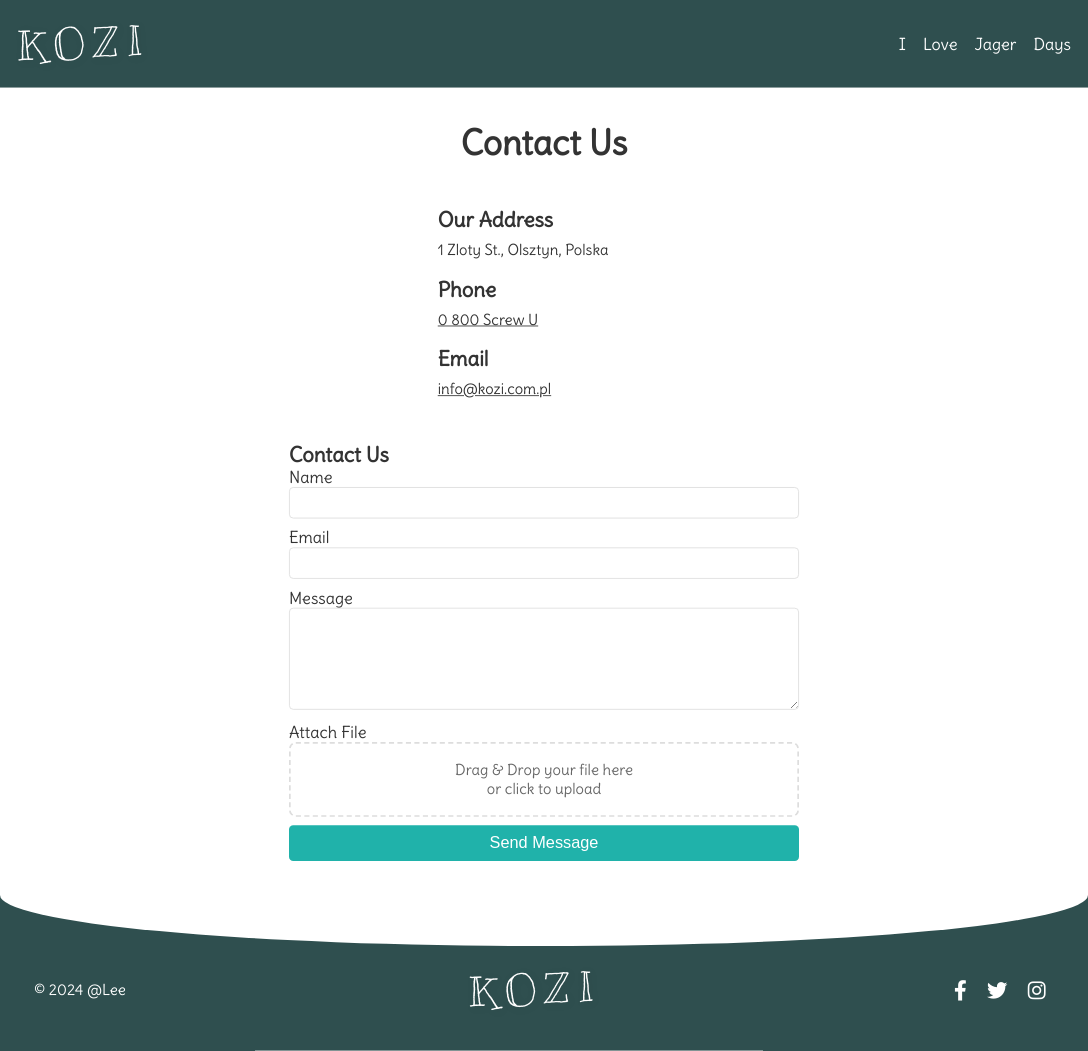
Repository: leerichie/kozi
Page: index.html
An editor plug-in stored every save of this project. The page is shown before and after the next save, followed by the edit.
The browser window is 1280 px wide. The pictures show the whole page, at 85% of full size.

Above is the page before, as saved 2024-10-24 20:13:30.

### index.html
<!DOCTYPE html>
<html lang="en">

<head>
    <meta charset="UTF-8">
    <meta name="viewport" content="width=device-width, initial-scale=1.0">
    <meta http-equiv="X-UA-Compatible" content="IE=edge">
    <link rel="stylesheet" href="css/styles.css">
    <link rel="stylesheet" href="https://cdnjs.cloudflare.com/ajax/libs/font-awesome/6.0.0-beta3/css/all.min.css">

    <title>Contact Form</title>
</head>

<body>
    <!-- Navbar -->
    <header class="navbar">
        <div class="logo">
            <!-- <a href="#"><img src="img/logo.png" alt="Logo"></a> -->
            <h1 class="logo-text">Kozi</h1>

        </div>
        <nav>
            <ul class="nav-links">
                <li><a href="#">I</a></li>
                <li><a href="#">Love</a></li>
                <li><a href="#">Jager</a></li>
                <li><a href="#">Days</a></li>
            </ul>
            <div class="hamburger">
                <span class="bar"></span>
                <span class="bar"></span>
                <span class="bar"></span>
            </div>
        </nav>
    </header>

    <!-- Sidebar (hidden by default) -->
    <div class="sidebar">
        <ul class="sidebar-links">
            <li><a href="#">I</a></li>
            <li><a href="#">Love</a></li>
            <li><a href="#">Guiness</a></li>
            <li><a href="#">Days</a></li>
            <li><a href="#">Toooo</a></li>

        </ul>
    </div>

    <!-- Contact Section -->
    <div class="container">
        <div class="contact-header">
            <h1>Contact Us</h1>
        </div>
        <div class="contact-info">
            <div class="address">
                <h2>Our Address</h2>
                <p>1 Zloty St., Olsztyn, Polska</p>
            </div>
            <div class="phone">
                <h2>Phone</h2>
                <p><a href="tel:+123456789">0 800 Screw U</a></p>
            </div>
            <div class="email">
                <h2>Email</h2>
                <p><a href="mailto:info@example.com">info@kozi.com.pl</a></p>
            </div>
        </div>

        <div class="form-container">
            <h2>Contact Us</h2>
            <form action="#" method="POST" class="contact-form" enctype="multipart/form-data">
                <div class="form-group">
                    <label for="name">Name</label>
                    <input type="text" id="name" name="name" required>
                </div>
                <div class="form-group">
                    <label for="email">Email</label>
                    <input type="email" id="email" name="email" required>
                </div>
                <div class="form-group">
                    <label for="message">Message</label>
                    <textarea id="message" name="message" required></textarea>
                </div>

                <!-- Drag and Drop-->
                <div class="form-group">
                    <label for="attachment">Attach File</label>
                    <div class="file-drop-area" id="file-drop-area">
                        <span class="file-message">Drag & Drop your file here <br> or click to upload</span>
                        <input type="file" id="attachment" name="attachment" class="file-input" required>
                    </div>
                </div>

                <button type="submit" class="submit-btn">Send Message</button>
            </form>
        </div>
    </div>


    <!-- Footer -->
    <footer class="footer">
        <div class="footer-shape"></div>
        <div class="footer-container">

            <div class="footer-text">
                <p>&copy; 2024 @Lee</p>
            </div>
            <div class="footer-logo">
                <h1 class="logo-text">Kozi</h1>
            </div>
            <div class="footer-social">
                <a href="/" target="_blank"><i class="fab fa-facebook-f"></i></a>
                <a href="/" target="_blank"><i class="fab fa-twitter"></i></a>
                <a href="/" target="_blank"><i class="fab fa-instagram"></i></a>
            </div>
        </div>
    </footer>


    <script src="js/script.js"></script>
</body>

</html>

### css/styles.css
@font-face {
  font-family: "Delius";
  src: url("/fonts/Delius-Regular.ttf") format("truetype");
  font-weight: normal;
  font-style: normal;
}

@font-face {
  font-family: "Merriweather";
  src: url("/fonts/Kranky-Regular.ttf") format("truetype");
  font-weight: bold;
  font-style: normal;
}

@font-face {
  font-family: "Lora";
  src: url("/fonts/LeckerliOne-Regular.ttf") format("truetype");
  font-weight: normal;
  font-style: italic;
}

* {
  margin: 0;
  padding: 0;
  box-sizing: border-box;
}

body {
  font-family: "Delius", sans-serif;
  background-color: #fff;
  color: #333;
}

.logo {
  text-align: center;
}

.logo-text {
  font-family: "Merriweather", serif;
  font-size: 50px;
  letter-spacing: 10px;
  font-weight: bold;
  text-transform: uppercase;
  color: white;
  text-shadow: 2px 2px 10px rgba(0, 0, 0, 0.1);
  transform: rotate(-2deg);
}

/* Nav */
.navbar {
  display: flex;
  justify-content: space-between;
  align-items: center;
  padding: 20px;
  background-color: darkslategray;
  color: #fff;
  position: relative;
  z-index: 1000;
}

.navbar .logo img {
  width: 150px;
}

.navbar nav {
  display: flex;
  align-items: center;
}

.nav-links {
  display: flex;
  list-style: none;
}

.nav-links li {
  margin-left: 20px;
}

.nav-links a {
  text-decoration: none;
  color: #fff;
  font-size: 1.2rem;
  transition: color 0.3s ease;
}

.nav-links a:hover {
  color: #f4a261;
}

/* Hamburger animate - mob */
.hamburger {
  display: none;
  flex-direction: column;
  cursor: pointer;
  transition: all 0.3s ease;
  z-index: 1001;
}

.hamburger .bar {
  width: 25px;
  height: 3px;
  background-color: white;
  margin: 4px 0;
  transition: all 0.3s ease;
  z-index: 1001;
}

.hamburger.active .bar:nth-child(1) {
  transform: rotate(45deg) translate(0, 0);
  width: 20px;
}

.hamburger.active .bar:nth-child(2) {
  opacity: 0;
}

.hamburger.active .bar:nth-child(3) {
  transform: rotate(-45deg) translate(0, 0);
  width: 20px;
}

.hamburger.active .bar {
  height: 4px;
}

/* Sidebar */
.sidebar {
  position: fixed;
  top: 0;
  right: -250px;
  width: 250px;
  height: 100%;
  background-color: darkslategray;
  color: #fff;
  transition: 0.3s;
  padding-top: 60px;
  z-index: 999;
}

.sidebar.active {
  right: 0;
}

.sidebar-links {
  list-style: none;
  padding: 50px 0;
  text-align: center;
}

.sidebar-links li {
  margin: 20px 0;
}

.sidebar-links a {
  text-decoration: none;
  color: #fff;
  font-size: 1.5rem;
  transition: color 0.3s ease;
}

.sidebar-links a:hover {
  color: #f4a261;
}

/* Contact Section */
.container {
  max-width: 1200px;
  margin: 0 auto;
  padding: 40px 20px;
}

.contact-header h1 {
  text-align: center;
  font-size: 2.5rem;
  margin-bottom: 40px;
}

.contact-info {
  display: flex;
  flex-direction: column;
  align-items: center;
  justify-content: space-between;
  flex-wrap: wrap;
  margin-bottom: 40px;
}

.contact-info div {
  flex: 1;
  min-width: 250px;
  margin: 10px;
}

.contact-info h2 {
  font-size: 1.5rem;
  margin-bottom: 10px;
}

.contact-info p,
.contact-info a {
  font-size: 1.1rem;
  color: #333;
}

.form-container {
  max-width: 600px;
  margin: 0 auto;
}

.contact-form {
  display: flex;
  flex-direction: column;
}

.form-group {
  margin-bottom: 10px;
}

.form-group label {
  margin-bottom: 10px;
  font-size: 1.2rem;
}

.form-group input,
.form-group textarea {
  width: 100%;
  padding: 10px;
  border: 1px solid #ddd;
  border-radius: 5px;
}

textarea {
  height: 120px;
}

.submit-btn {
  padding: 10px 20px;
  background-color: lightseagreen;
  color: #fff;
  border: none;
  border-radius: 5px;
  font-size: 1.2rem;
  cursor: pointer;
}

.submit-btn:hover {
  background-color: #f4a261;
}
/* File Drop Area Styling */
.file-drop-area {
  width: 100%;
  padding: 20px;
  border: 2px dashed #ddd;
  border-radius: 8px;
  background-color: #fff;
  text-align: center;
  transition: border-color 0.3s ease;
  cursor: pointer;
}

.file-drop-area:hover,
.file-drop-area.dragging {
  border-color: #f4a261;
}

.file-message {
  font-size: 1.1rem;
  color: #666;
}

.file-input {
  display: none;
}

/* Footer Styling */
.footer {
  position: relative;
  background-color: darkslategray;
  color: white;
  text-align: center;
  padding: 80px 20px 40px;
  overflow: hidden;
}

.footer-shape {
  position: absolute;
  top: -60px;
  left: 0;
  width: 100%;
  height: 120px;
  background-color: #fff;
  border-radius: 0 0 100% 100%;
  z-index: 0;
}

.footer-container {
  position: relative;
  z-index: 1;
  display: flex;
  justify-content: space-between;
  align-items: center;
  max-width: 1200px;
  margin: 0 auto;
  flex-wrap: wrap;
}

.footer-logo img {
  width: 100px;
}

.footer-text p {
  font-size: 1.1rem;
  margin: 0;
}

.footer-social a {
  margin: 0 10px;
  color: white;
  font-size: 1.5rem;
  transition: color 0.3s ease;
}

.footer-social a:hover {
  color: #f4a261;
}

.footer-social img {
  width: 25px;
  filter: invert(100%);
}

/* Mob */
@media (max-width: 768px) {
  .hamburger {
    display: flex;
  }

  .nav-links {
    display: none;
  }
  .form-container {
    padding: 30px;
  }

  .footer-container {
    flex-direction: row;
    justify-content: space-between;
  }

  .footer-logo {
    flex-grow: 1;
    text-align: center;
  }

  .footer-text {
    text-align: left;
  }

  .footer-social {
    text-align: right;
  }

  .logo-text {
    font-size: 40px;
    letter-spacing: 2px;
  }
}

### js/script.js
const hamburger = document.querySelector('.hamburger');
const sidebar = document.querySelector('.sidebar');

hamburger.addEventListener('click', () => {
    sidebar.classList.toggle('active');
    hamburger.classList.toggle('active');
});

window.addEventListener('scroll', () => {
    sidebar.classList.remove('active');
    hamburger.classList.remove('active');
});
const fileInput = document.querySelector('.file-input');
const fileDropArea = document.getElementById('file-drop-area');
const fileMessage = document.querySelector('.file-message');

// Open file dialog when clicking on the drop area
fileDropArea.addEventListener('click', () => {
  fileInput.click();
});

// Highlight the drop area when dragging files over it
fileDropArea.addEventListener('dragover', (e) => {
  e.preventDefault();
  fileDropArea.classList.add('dragging');
  fileMessage.textContent = "Drop your file here";
});

// Remove highlight when dragging leaves the drop area
fileDropArea.addEventListener('dragleave', () => {
  fileDropArea.classList.remove('dragging');
  fileMessage.textContent = "Drag & Drop your file here or click to upload";
});

// Handle file drop
fileDropArea.addEventListener('drop', (e) => {
  e.preventDefault();
  fileDropArea.classList.remove('dragging');
  const files = e.dataTransfer.files;
  if (files.length) {
    fileInput.files = files; // Update the file input with dropped files
    fileMessage.textContent = `File selected: ${files[0].name}`;
  }
});

// Handle file selection via dialog
fileInput.addEventListener('change', () => {
  if (fileInput.files.length) {
    fileMessage.textContent = `File selected: ${fileInput.files[0].name}`;
  }
});

After the next save:
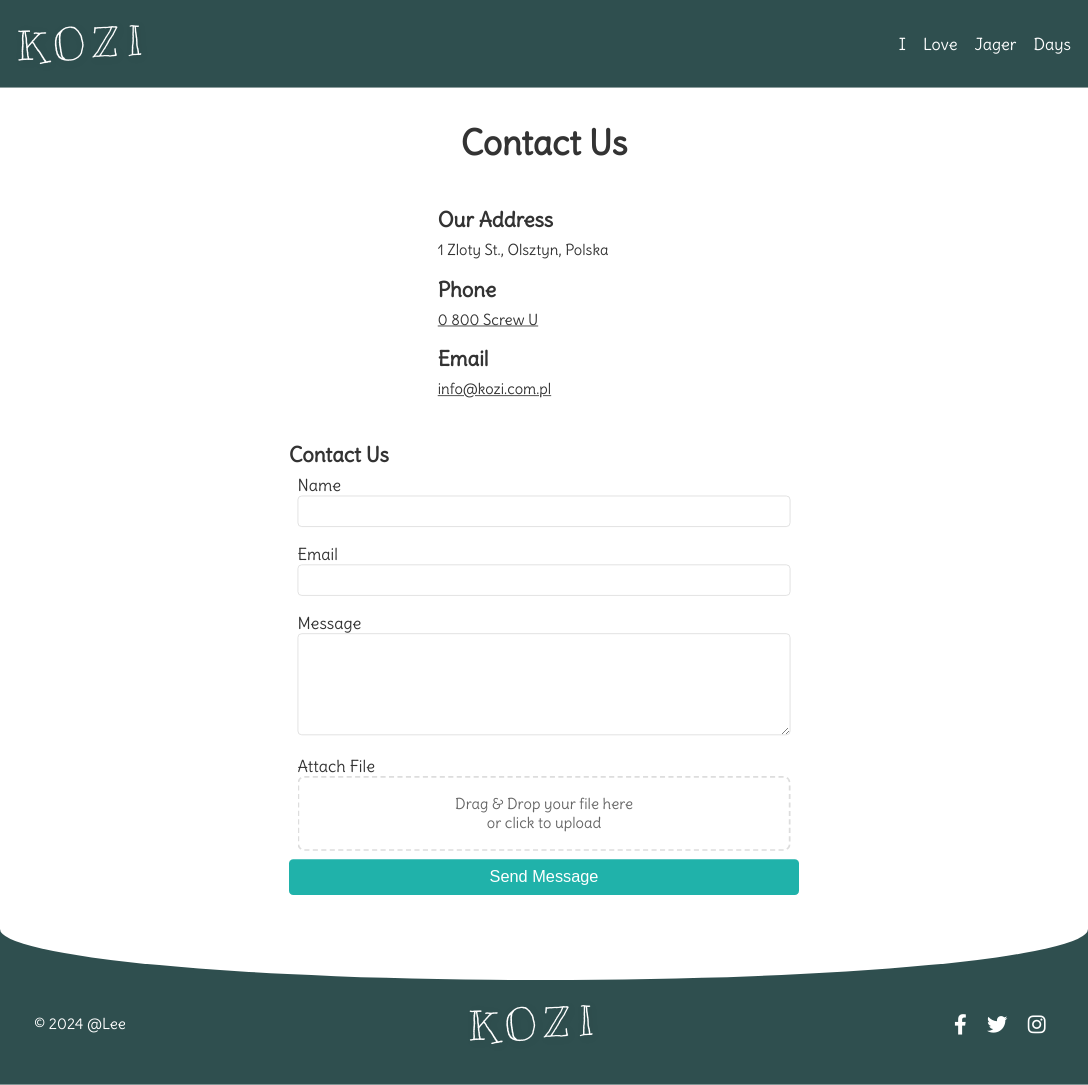
Saved 11 s later.
--- a/css/styles.css
+++ b/css/styles.css
@@ -212,7 +212,7 @@ body {
 }
 
 .form-group {
-  margin-bottom: 10px;
+  margin: 10px;
 }
 
 .form-group label {
